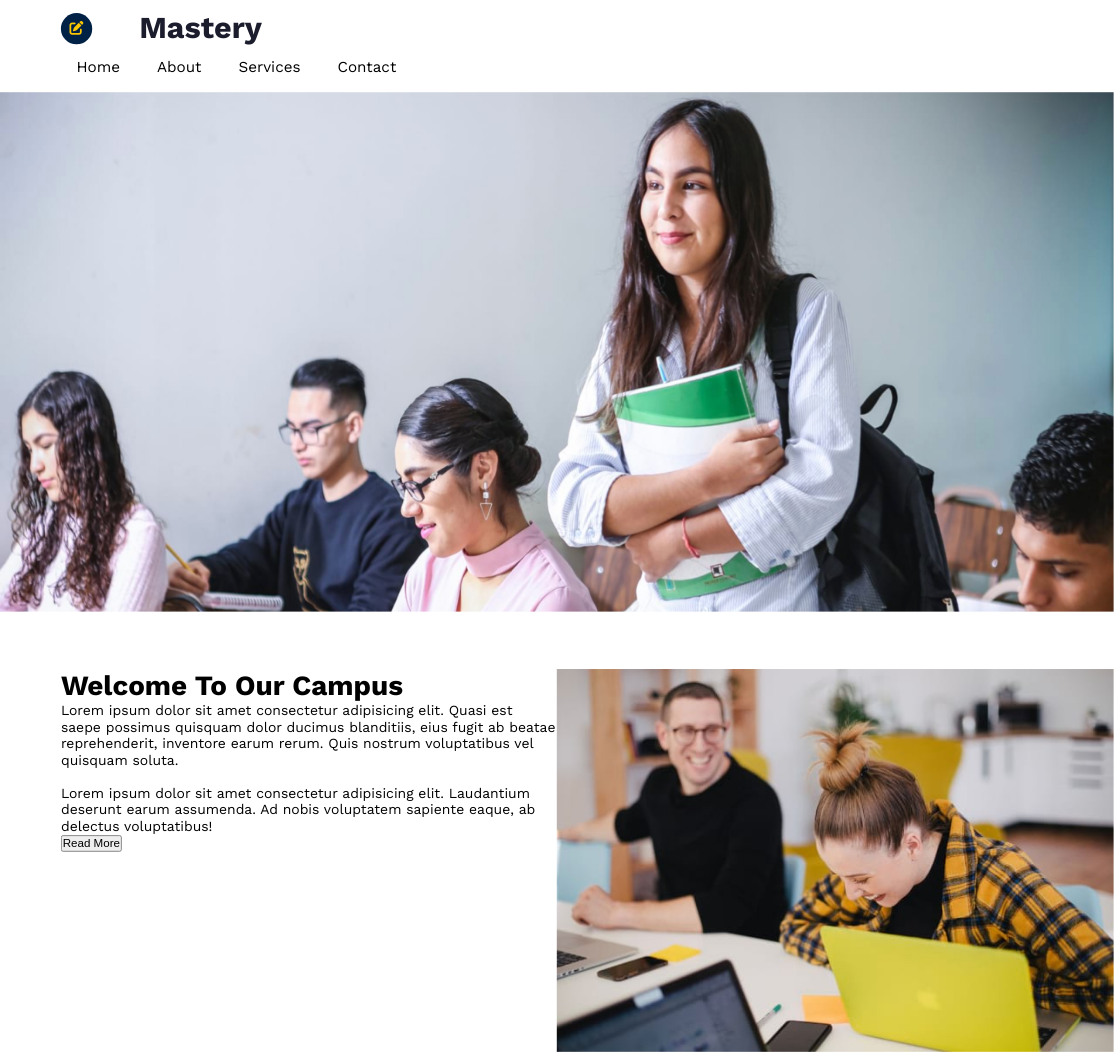
Repository: giahuy405/BC38__Mastery__Pham_Gia_Huy
Page: index.html
The author's editor kept a copy of each file at every save. The page is drawn from the files as they stood at one save, then again after the next save.
The browser window is 1280 px wide. The pictures show the whole page, at 87% of full size.

Above is the page before, as saved 2022-09-09 16:42:08.

After the next save:
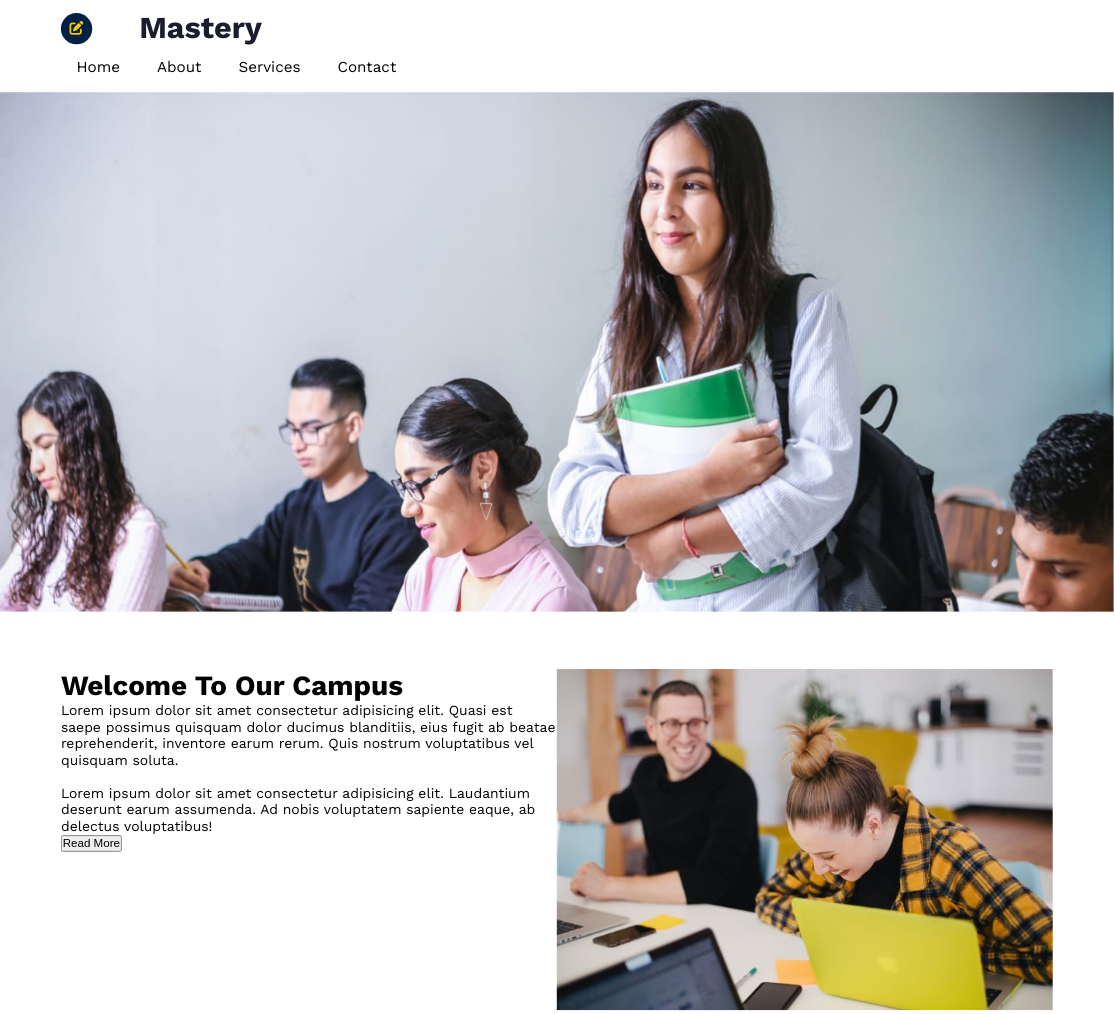
Saved 45 s later.
--- a/index.css
+++ b/index.css
@@ -188,4 +188,6 @@ height: 597px;
     width: 50%;
     float: left;
 }
-.welcome__content
+.welcome__img img{
+    width: 100%;
+}
